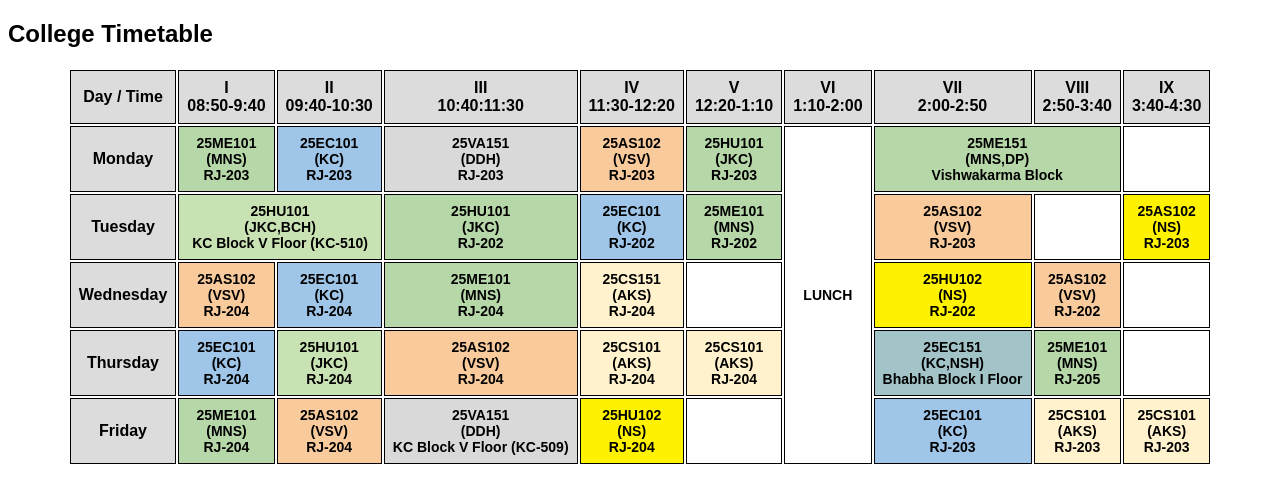
Repository: Glory998/ELCE1-32
Page: experiment3.html
An editor plug-in stored every save of this project. The page is shown before and after the next save, followed by the edit.
The browser window is 1280 px wide. The pictures show the whole page.

Above is the page before, as saved 2025-10-25 01:24:58.

After the next save:
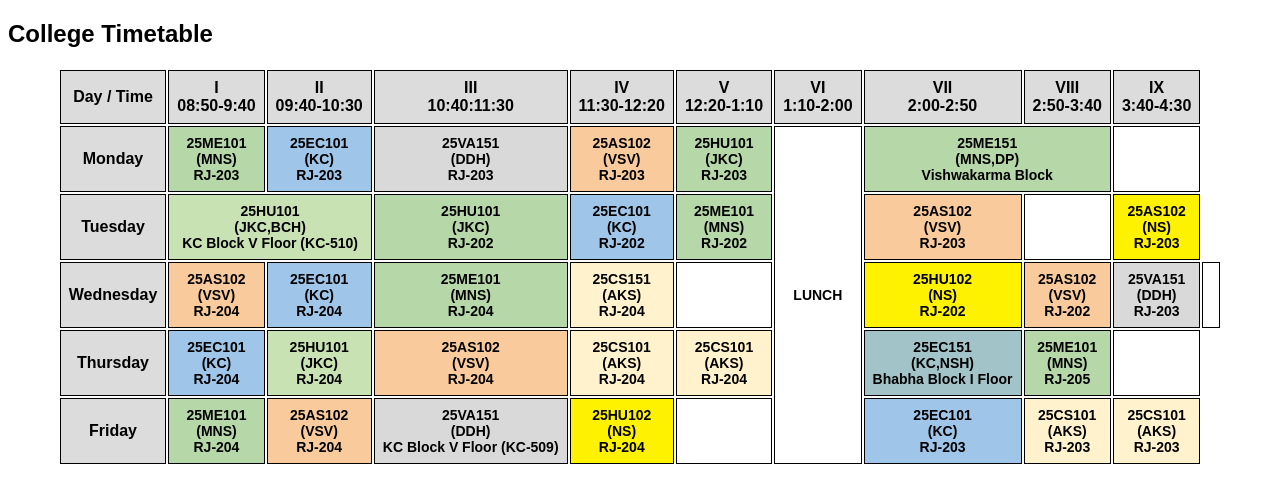
Saved 2 min 13 s later.
--- a/experiment3.html
+++ b/experiment3.html
@@ -116,6 +116,8 @@
                                                 class="yellow">25HU102<br>(NS)<br>RJ-202</td>
                                                 <td
                                                 class="orange">25AS102<br>(VSV)<br>RJ-202</td>
+                                                <td
+                                                class="grey">25VA151<br>(DDH)<br>RJ-203</td>
                                                 <td></td>
                                                 </tr>
                                                 <th>Thursday</th>
